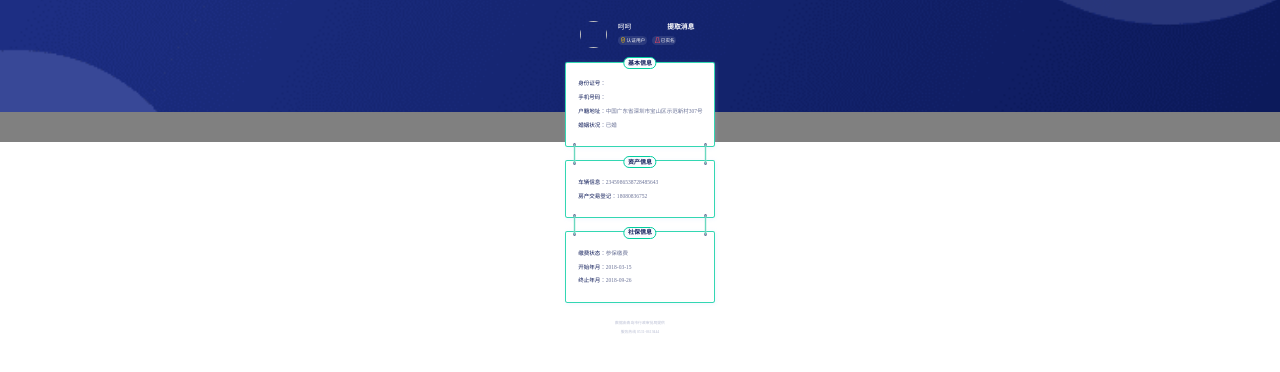
Repository: zlpstart/qingdao-new
Page: /Record
The author's editor kept a copy of each file at every save. The page is drawn from the files as they stood at one save, then again after the next save.
The browser window is 1280 px wide. The pictures show the whole page.
The page's requests for data from a server got no answer. Some web fonts or font styles are not loaded; a fallback is used. The project was rebuilt for these pictures with package versions that can differ from the ones it lists, and the page was loaded fresh each time. No one was signed in, and anything a server would have sent is missing. Also part of the build but not shown: src/components/MySpace.vue, src/components/Home.vue, src/components/Enterprise.vue, src/components/Opinion.vue, src/components/Opinion2.vue, src/components/Car.vue, src/components/House.vue, src/components/License.vue and 5 more.

Above is the page before, as saved 2019-09-22 10:27:52.

### public/index.html
<!DOCTYPE html>
<html lang="en">
  <head>
    <meta charset="utf-8">
    <meta http-equiv="X-UA-Compatible" content="IE=edge">
    <meta name="viewport" content="width=device-width,initial-scale=1.0">
    <link rel="icon" href="<%= BASE_URL %>favicon.ico">
    <title></title>
  </head>
  <body>
    <noscript>
      <strong>We're sorry but zlp doesn't work properly without JavaScript enabled. Please enable it to continue.</strong>
    </noscript>
    <div id="app"></div>
    <!-- built files will be auto injected -->
  </body>
</html>

### src/main.js
import Vue from 'vue'
import './plugins/axios'
import App from './App.vue'
import 'lib-flexible'
import router from './router'
import axios from 'axios'


//vuex
import vuex from 'vuex'
Vue.use(vuex)



import 'babel-polyfill'
import Es6Promise from 'es6-promise'
import store from './store'
require('es6-promise').polyfill()
Es6Promise.polyfill()

Vue.config.productionTip = false
Vue.prototype.$ajax = axios


// import VueWechatTitle from 'vue-wechat-title'
// Vue.use(VueWechatTitle)


// 根据路由设置标题
router.beforeEach((to, from, next) => {
  /*路由发生改变修改页面的title */
  if(to.meta.title) {
    document.title = to.meta.title
  }
  next();
})


new Vue({
  router,
  store,
  render: h => h(App)
}).$mount('#app')

### src/App.vue
<template>
  <div id="app">
    <router-view></router-view>
  </div>
</template>

<script>
export default {
  data(){
    return {

    }
  },
}
</script>


<style>
* {
  padding: 0;
  margin:0;
}
  @font-face {
    font-family:'avenir';
    src:url('./assets/NotoSansHans-Medium.otf')
  }
  h1,h2,h3,h4,h5,h6,span,b,i,li,p {
    font-family: avenir
  }
</style>

### src/router.js
import Vue from 'vue'
import Router from 'vue-router'
import MySpace from './components/MySpace'
import Home from './components/Home'
import Enterprise from './components/Enterprise'
import Opinion from './components/Opinion'
import Opinion2 from './components/Opinion2'
import Record from './components/Record'
import Car from './components/Car'
import House from './components/House'
import License from './components/License'
import License2 from './components/License2'
import Footprint from './components/Footprint'
import Record2 from './components/Record2'
import Footprint2 from './components/Footprint2'
import NotFound from './components/NotFound'


Vue.use(Router)

export default new Router({
  mode: 'history',
  routes: [
    {
      path: '/',
      name: 'MySpace',
      component:MySpace,
      meta:{title:'青岛政务通'}
    },
    {
      path: '/Home',
      name: 'Home',
      component:Home,
      meta:{title:'导航栏'}
    },
    {
      path: '/Opinion',
      name: 'Opinion',
      component:Opinion,
      meta:{title:'意见反馈'}
    },
    {
      path: '/Enterprise',
      name: 'Enterprise',
      component:Enterprise,
      meta:{title:'企业空间'}
    },
    {
      path: '/Opinion2',
      name: 'Opinion2',
      component:Opinion2,
      meta:{title:'企业意见反馈'}
    },
    {
      path: '/Record',
      name: 'Record',
      component:Record,
      meta:{title:'我的档案'}
    },
    {
      path: '/Car',
      name: 'Car',
      component:Car,
      meta:{title:'车辆登记信息'}
    },
    {
      path: '/House',
      name: 'House',
      component:House,
      meta:{title:'房屋登记信息'}
    },
    {
      path: '/License',
      name: 'License',
      component:License,
      meta:{title:'我的证照'}
    },
    {
      path: '/Footprint',
      name: 'Footprint',
      component:Footprint,
      meta:{title:'我的足迹'}
    },
    {
      path: '/Record2',
      name: 'Record2',
      component:Record2,
      meta:{title:'企业档案'}
    },
    {
      path: '/Footprint2',
      name: 'Footprint2',
      component:Footprint2,
      meta:{title:'企业足迹'}
    },
    {
      path: '/License2',
      name: 'License2',
      component:License2,
      meta:{title:'企业证照'}
    },
    { /* 404必须是最后一个路由 */
      name: '404',
      path: '*',
      meta: {
          title: '找不到页面'
      },
      component: NotFound
  }
  ]
})

### src/store/index.js
import Vue from 'vue'
import Vuex from 'vuex'
import user from './modules/user'

Vue.use(Vuex)

export default new Vuex.Store({
    modules:{
        user
    }
})

### src/components/Record.vue
<template>
  <div>
    <!-- 个人档案 -->
    <div class="Record" v-if="!show">
      <TopBar></TopBar>
      <div class="header">
        <div class="header_wrap">
          <div class="header_left">
            <img :src="allUser.imgAddr" />
          </div>
          <div class="header_right">
            <div class="header_right_p">
              <p>{{allUser.realName}}</p>
            </div>
            <div class="header_right_span">
              <span>
                <img src="../assets/认证.png" alt />
                认证用户
              </span>
              <span>
                <img src="../assets/实名.png" alt />
                已实名
              </span>
            </div>
          </div>
        </div>
      </div>
      <div class="Record_content_box">
        <div class="legal_content">
          <div class="legal_title">
            <h1>基本信息</h1>
          </div>
          <ul>
            <li>
              <b>身份证号：</b>
              {{allUser.idCode}}
            </li>
            <li>
              <b>手机号码：</b>
              {{allUser.mobile}}
            </li>
            <li>
              <b>户籍地址：</b>中国广东省深圳市宝山区示范新村307号
            </li>
            <li>
              <b>婚姻状况：</b>已婚
            </li>
          </ul>
        </div>
        <div class="legal_content">
          <div class="decorate">
            <div class="decorate_left"></div>
            <div class="decorate_right"></div>
          </div>
          <div class="legal_title">
            <h1>资产信息</h1>
          </div>
          <ul>
            <li>
              <b>车辆信息：</b>2345986538728485643
            </li>
            <li>
              <b>房产交易登记：</b>18080836752
            </li>
          </ul>
        </div>
        <div class="legal_content">
          <div class="decorate">
            <div class="decorate_left"></div>
            <div class="decorate_right"></div>
          </div>
          <div class="legal_title">
            <h1>社保信息</h1>
          </div>
          <ul>
            <li>
              <b>缴费状态：</b>参保缴费
            </li>
            <li>
              <b>开始年月：</b>2018-03-15
            </li>
            <li>
              <b>终止年月：</b>2018-09-26
            </li>
          </ul>
        </div>
        <div class="kong"></div>
        <div class="bottom">
          <span></span>
          <p>数据由青岛市行政审批局提供</p>
          <span></span>
          <p>服务热线 0531-8619444</p>
        </div>
      </div>
    </div>

    <!-- 企业档案 -->
    <div class="Record" v-if="show">
      <TopBar></TopBar>
      <div class="header">
        <div class="header_wrap">
          <div class="header_left">
            <img :src="allUser.imgAddr" />
          </div>
          <div class="header_right">
            <div class="header_right_p">
              <p>{{allUser.realName}}呵呵</p>
              <p @click="extract">提取消息</p>
            </div>
            <div class="header_right_span">
              <span>
                <img src="../assets/认证.png" alt />
                认证用户
              </span>
              <span>
                <img src="../assets/实名.png" alt />
                已实名
              </span>
            </div>
          </div>
        </div>
      </div>
      <div class="Record_content_box">
        <div :class="{legal_content:changeClass,legal2_content:changeStyle}">
          <div class="legal_title">
            <h1>基本信息</h1>
          </div>
          <ul v-if="tiqu">
            <li>
              <b>身份证号：</b>
              {{allUser.idCode}}
            </li>
            <li>
              <b>手机号码：</b>
              {{allUser.mobile}}
            </li>
            <li>
              <b>户籍地址：</b>中国广东省深圳市宝山区示范新村307号
            </li>
            <li>
              <b>婚姻状况：</b>已婚
            </li>
          </ul>
          <div class="checkbox" v-if="changeStyle">
            <input type="checkbox" />
          </div>
        </div>
        <div :class="{legal_content:changeClass,legal2_content:changeStyle}">
          <div class="decorate">
            <div class="decorate_left"></div>
            <div class="decorate_right"></div>
          </div>
          <div class="legal_title">
            <h1>资产信息</h1>
          </div>
          <ul v-if="tiqu">
            <li>
              <b>车辆信息：</b>2345986538728485643
            </li>
            <li>
              <b>房产交易登记：</b>18080836752
            </li>
          </ul>
          <div class="checkbox" v-if="changeStyle">
            <input type="checkbox" />
          </div>
        </div>
        <div :class="{legal_content:changeClass,legal2_content:changeStyle}">
          <div class="decorate">
            <div class="decorate_left"></div>
            <div class="decorate_right"></div>
          </div>
          <div class="legal_title">
            <h1>社保信息</h1>
          </div>
          <ul v-if="tiqu">
            <li>
              <b>缴费状态：</b>参保缴费
            </li>
            <li>
              <b>开始年月：</b>2018-03-15
            </li>
            <li>
              <b>终止年月：</b>2018-09-26
            </li>
          </ul>
          <div class="checkbox" v-if="changeStyle">
            <input type="checkbox" />
          </div>
        </div>
        <div class="kong"></div>
        <div class="bottom" v-if="changeClass">
          <span></span>
          <p>数据由青岛市行政审批局提供</p>
          <span></span>
          <p>服务热线 0531-8619444</p>
        </div>
      </div>
      <div class="footer">
        <div class="footer_btn1">

        </div>
        <div class="footer_btn2">

        </div>
        <div class="footer_btn3">

        </div>
        <div class="footer_btn4">

        </div>
      </div>
    </div>
  </div>
</template>

<script>
import TopBar from "./TopBar";
import { mapGetters, mapActions } from "vuex";

export default {
  name: "Record",
  data() {
    return {
      tiqu: true,
      //正常样式
      changeClass: true,
      //点击样式
      changeStyle: false
    };
  },
  components: {
    TopBar
  },
  methods: {
    to() {
      this.$router.go(0);
    },
    ...mapActions(["getUsers"]),
    extract() {
      // if (this.tiqu == true) {
      //     this.tiqu = false
      // }else {
      //     this.tiqu = true;
      // }
      // var legal = document.getElementsByClassName("legal_title");
      // var content = document.getElementsByClassName("legal_content");
      // var decorate = document.getElementsByClassName("decorate")
      // for(var i = 0 ; i < legal.length; i ++){
      //     if (legal[i].style.top < 1) {
      //         legal[i].style.top="1.3867rem"
      //         legal[i].style.transition = "all 1s"
      //         content[i].style.width = '7.5067rem'
      //         legal[i].style.width = "all 1s"
      //         content[i].style.left = ' -0.5667rem'
      //         legal[i].style.left = "all 1s"
      //         decorate[i].style.width = '7.4267rem'
      //         legal[i].style.width = "all 1s"
      //     }else if(legal[i].style.top > 1){
      //         legal[i].style.top="0.3867rem"
      //          content[i].style.width = 'none'
      //         content[i].style.transition = 'all 1s'
      //     }
      // }
      // console.log(legal[i].style.top)

      this.changeClass = !this.changeClass;
      this.changeStyle = !this.changeStyle;
      this.tiqu = !this.tiqu;
      console.log(this.changeClass);
    }
  },
  created() {
    this.getUsers();
  },
  computed: {
    ...mapGetters(["allUser", "show"])
  }
};
</script>

<style scoped>
* {
  padding: 0;
  margin: 0;
}
ul {
  list-style: none;
}
a {
  text-decoration: none;
}
body {
  background: #f7faff;
}
.logo {
  width: 100%;
  height: 0.3733rem;
  position: absolute;
  top: 1.0133rem;
}
.logo_left p {
  float: left;
}
.logo_left p:nth-child(1) {
  margin-left: 0.3867rem;
}
.logo_left p:nth-child(2) {
  margin-left: 0.32rem;
}
.logo_left img {
  width: 0.4rem;
  height: 0.4rem;
}
.logo a {
  color: white;
}
.logo_title {
  width: 4.6333rem;
  margin: 0 auto;
  text-align: center;
}
.logo_title p {
  font-size: 0.4rem;
  font-weight: 500;
  color: rgba(255, 255, 255, 1);
}
.header {
  width: 100%;
  height: 1.7067rem;
  position: absolute;
  top: 1.32rem;
}
.header_wrap {
  width: 7.48rem;
  margin: 0 auto;
  padding: 0 0.72rem;
}
.header_left {
  width: 1.7067rem;
  height: 1.7067rem;
  float: left;
  border-radius: 1.7067rem;
  overflow: hidden;
}
.header_left img {
  width: 1.7067rem;
  height: 1.7067rem;
  background-size: 100%;
  overflow: hidden;
}
.header_right {
  width: 2.9rem;
  height: 1.3333rem;
  float: left;
  margin-left: 0.64rem;
}
.header_right_p {
  width: 5.6667rem;
  height: 0.7rem;
}
.header_right_p p {
  font-size: 0.4267rem;
  font-weight: 500;
  color: rgba(255, 255, 255, 1);
  float: left;
}
.header_right_span {
  width: 5.2667rem;
  margin-top: 0.2267rem;
  height: 0.5867rem;
}
.header_right_span img {
  width: 0.2933rem;
  height: 0.3333rem;
  margin-left: 0.0933rem;
}
.header_right_span span {
  padding: 0.0933rem 0.0933rem 0.0933rem 0.0933rem;
  border-radius: 0.32rem;
  background: rgba(255, 255, 255, 0.1);
  float: left;
  margin-left: 0.32rem;
  font-size: 0.2933rem;
  font-weight: 500;
  color: rgba(255, 255, 255, 1);
}
.header_right_span span:nth-child(1) {
  margin-left: 0;
}

.header_right_p p:nth-child(2) {
  width: 1.8533rem;
  font-size: 0.4267rem;
  font-family: PingFangSC;
  font-weight: 600;
  color: rgba(255, 255, 255, 1);
  float: left;
  margin-left: 2.24rem;
}

.decorate {
  width: 8.4267rem;
  padding: 0 0.4267rem;
  position: absolute;
  top: -1.16rem;
  left: 0;
}
.checkbox {
  position: absolute;
  right: -0.7667rem;
}
/* .checkbox input[type = 'checkbox'] {
    width: 30px;
    height: 30px;
    border-radius: 30px;
    background: red
} */
.checkbox input[type="checkbox"] {
  width: 20px;
  height: 20px;
  border: 1px solid #000;
  border-radius: 50%;
}
.decorate img {
  width: 100%;
  height: 100%;
}
.decorate_left {
  width: 0.24rem;
  background: url("../assets/连接.png") no-repeat center center;
  background-size: 100%;
  height: 1.36rem;
  float: left;
}
.decorate_right {
  width: 0.24rem;
  background: url("../assets/连接.png") no-repeat center center;
  height: 1.36rem;
  background-size: 100%;
  float: right;
}

.Record_content_box {
  width: 100%;
  position: absolute;
  top: 3.0267rem;
  left: 50%;
  transform: translate(-50%);
}
.kong {
  width: 100%;
  height: 1rem;
}
.bottom {
  width: 100%;
  height: 1.3333rem;
  line-height: 0.5667rem;
  text-align: center;
}
.bottom p {
  font-size: 0.24rem;
  font-weight: 400;
  color: #babfd4;
}
/* 更改前 */
.legal_content ul li {
  font-size: 0.3467rem;
  font-weight: 400;
  color: #6c7498;
}
.legal_content ul li b {
  font-size: 0.3467rem;
  font-weight: 400;
  color: rgba(11, 24, 86, 1);
}
.legal_content:nth-child(1).decorate {
  display: none;
}
.legal_content {
  width: 8.5067rem;
  background: rgba(255, 255, 255, 1);
  box-shadow: 0.0533rem 0.0533rem 0.2667rem 0rem rgba(173, 206, 255, 0.2);
  border-radius: 0.1333rem;
  border: 0.0133rem solid rgba(0, 206, 159, 0.8);
  margin: 0 auto;
  margin-top: 0.8267rem;
  position: relative;
  padding: 1.0133rem 0 1.0933rem 0.7733rem;
}
.legal_content li:nth-child(1) {
  margin-top: 0;
}
.legal_content li b {
  font-size: 0.3467rem;
  font-weight: 400;
  color: #0b1856;
}
.legal_content li {
  font-size: 0.3467rem;
  font-weight: 400;
  margin-top: 0.3733rem;
  color: rgba(11, 24, 86, 1);
}
.legal_title {
  padding: 0.1033rem 0.2333rem;
  height: 0.42rem;
  background: rgba(250, 252, 255, 1);
  border-radius: 0.36rem;
  border: 0.0267rem solid rgba(0, 206, 159, 1);
  margin: 0 auto;
  line-height: 0.42rem;
  text-align: center;
  position: absolute;
  top: 0.3867rem;
  left: 50%;
  margin-top: -0.36rem;
  transform: translate(-50%, -50%);
  transition: 1s all;
}
.legal_title h1 {
  font-size: 0.3733rem;
  font-family: PingFangSC-Medium;
  color: rgba(11, 24, 86, 1);
}
/* 更改后 */

.legal2_content ul li {
  font-size: 0.3467rem;
  font-weight: 400;
  color: #6c7498;
}
.legal2_content ul li b {
  font-size: 0.3467rem;
  font-weight: 400;
  color: rgba(11, 24, 86, 1);
}
.legal2_content:nth-child(1).decorate {
  display: none;
}
.legal2_content {
  width: 7.5067rem;
  background: rgba(255, 255, 255, 1);
  box-shadow: 0.0533rem 0.0533rem 0.2667rem 0rem rgba(173, 206, 255, 0.2);
  border-radius: 0.1333rem;
  border: 0.0133rem solid rgba(0, 206, 159, 0.8);
  margin: 0 auto;
  transition: 1s all;
  left: -0.5667rem;
  margin-top: 0.8267rem;
  position: relative;
  padding: 1.0133rem 0 1.0933rem 0.7733rem;
}
.legal2_content li:nth-child(1) {
  margin-top: 0;
}
.legal2_content li b {
  font-size: 0.3467rem;
  font-weight: 400;
  color: #0b1856;
}
.legal2_content li {
  font-size: 0.3467rem;
  font-weight: 400;
  margin-top: 0.3733rem;
  color: rgba(11, 24, 86, 1);
}
.legal2_content .legal_title h1 {
  font-size: 0.3733rem;
  font-family: PingFangSC-Medium;
  color: rgba(11, 24, 86, 1);
}
.legal2_content .legal_title {
  padding: 0.1033rem 0.2333rem;
  height: 0.42rem;
  background: rgba(250, 252, 255, 1);
  border-radius: 0.36rem;
  border: 0.0267rem solid rgba(0, 206, 159, 1);
  margin: 0 auto;
  line-height: 0.42rem;
  text-align: center;
  position: absolute;
  top: 1.3867rem;
  left: 50%;
  transition: 1s all;
  margin-top: -0.36rem;
  transform: translate(-50%, -50%);
}
.legal2_content .decorate {
  width: 7.4267rem;
}
.footer {
  width: 100%;
  height: 1.8667rem;
  background: gray;
}
</style>

### src/store/modules/user.js
import axios from 'axios'

const state ={
    user:[],
    code:"",
    boy:require("../../assets/boy.png"),
    gril:require("../../assets/gril.png"),
    corporation:require("../../assets/corporation.png"),
    show:true
}

const getters = {
    allUser: state => state.user,
    userImg: state => state.img,
    boy: state => state.boy,
    gril: state => state.gril,
    show:state => state.show
}

const mutations = {
    // 更改user信息方法
    setUsers:(state,users) => (state.user = users),
    //获取用户code
    getCode:(state) => {
        let URL = window.location.href  // 获取到当前url
        var b = ""      //准备获取code
        if(URL.indexOf("=")>-1){ //判断url里最后一个=的位置 是否大于0
            b = URL.substring(URL.indexOf("=")+1,URL.length-16)  // 如果大于0 则截取URL的=后字符串
            window.localStorage.setItem("code",b)   //将URL的code 存入localStorage
        }
        state.code = window.localStorage.getItem("code")      //获取到localStorage 里的的code 并存入code变量
    },
}

const actions = {
     async getUsers({commit,state}){
        await commit("getCode")
        axios.get("http://120.55.60.206:18082/api/getUserInfo?code="+state.code) //请求接口
        .then(res => {
            // console.log("成功请求",res)
            res.data.category = 0
            if(res.data.category == 13){
                state.show = true
                // console.log(state.show)
                window.open("/")
                axios.get("http://120.55.60.206:18082/api/getNormalUserDetailInfo?code="+state.code)
                .then(i => {
                    // console.log(i.data)
                    if(i.data.imgAddr == ""){       //判断用户是否上传头像
                        if(i.data.gender == 0){     //判断用户是否是男人
                            i.data.imgAddr = state.boy    //把接口数据的空值 改成本地男生图片路径
                            // console.log(i.data.imgAddr)
                        }else{                      //判断用户是否是女人
                            i.data.imgAddr = state.gril   //把接口数据的空值 改成本地女生图片路径
                            // console.log(i.data.imgAddr)
                        }
                    }
                    commit("setUsers",i.data)
                })
                .catch(j => console.log(j))
            }else {
                state.show = false
                // console.log(state.show)
                window.open("/Enterprise")
                axios.get("http://120.55.60.206:18082/api/getNormalUserDetailInfo?code="+state.code)
                .then(a => {
                    // console.log(a.data)
                    if(a.data.imgAddr == ""){
                        a.data.imgAddr = state.corporation
                    }
                    commit("setUsers",a.data)
                })
                // .catch(b => console.log(b))
            }
            commit("setUsers",res.data)
        })
    }
}

export default {
    state,
    getters,
    mutations,
    actions
}

### src/components/TopBar.vue
<template>
    <div class="TopBar">

    </div>
</template>

<script>
export default {
    name:"TopBar",
    data(){
        return {

        }
    },
    methods:{

    },
}
</script>

<style scoped>
* {
    padding: 0;
    margin: 0;
}
ul {
    list-style: none;
}
a {
    text-decoration: none;
}
body {
    background: #F7FAFF;
}
.TopBar {
    width: 100%;
    height: 7.0267rem;
    background: url("../assets/topbackground.png")no-repeat center center;
    background-size:100%;
}

</style>

Loaded but not shown: src/plugins/axios.js (common file)

After the next save:
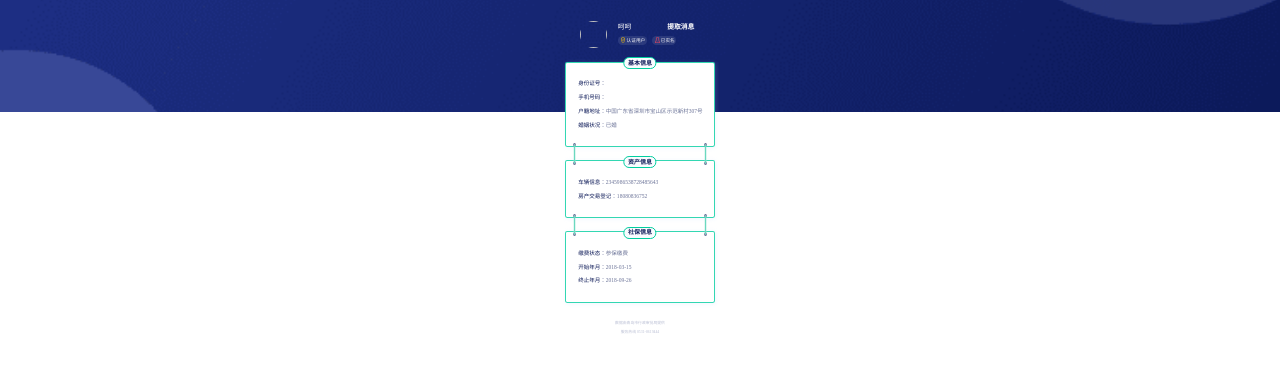
Saved 5 h 45 min later.
--- a/src/components/Record.vue
+++ b/src/components/Record.vue
@@ -194,20 +194,6 @@
           <p>数据由青岛市行政审批局提供</p>
           <span></span>
           <p>服务热线 0531-8619444</p>
-        </div>
-      </div>
-      <div class="footer">
-        <div class="footer_btn1">
-
-        </div>
-        <div class="footer_btn2">
-
-        </div>
-        <div class="footer_btn3">
-
-        </div>
-        <div class="footer_btn4">
-
         </div>
       </div>
     </div>
